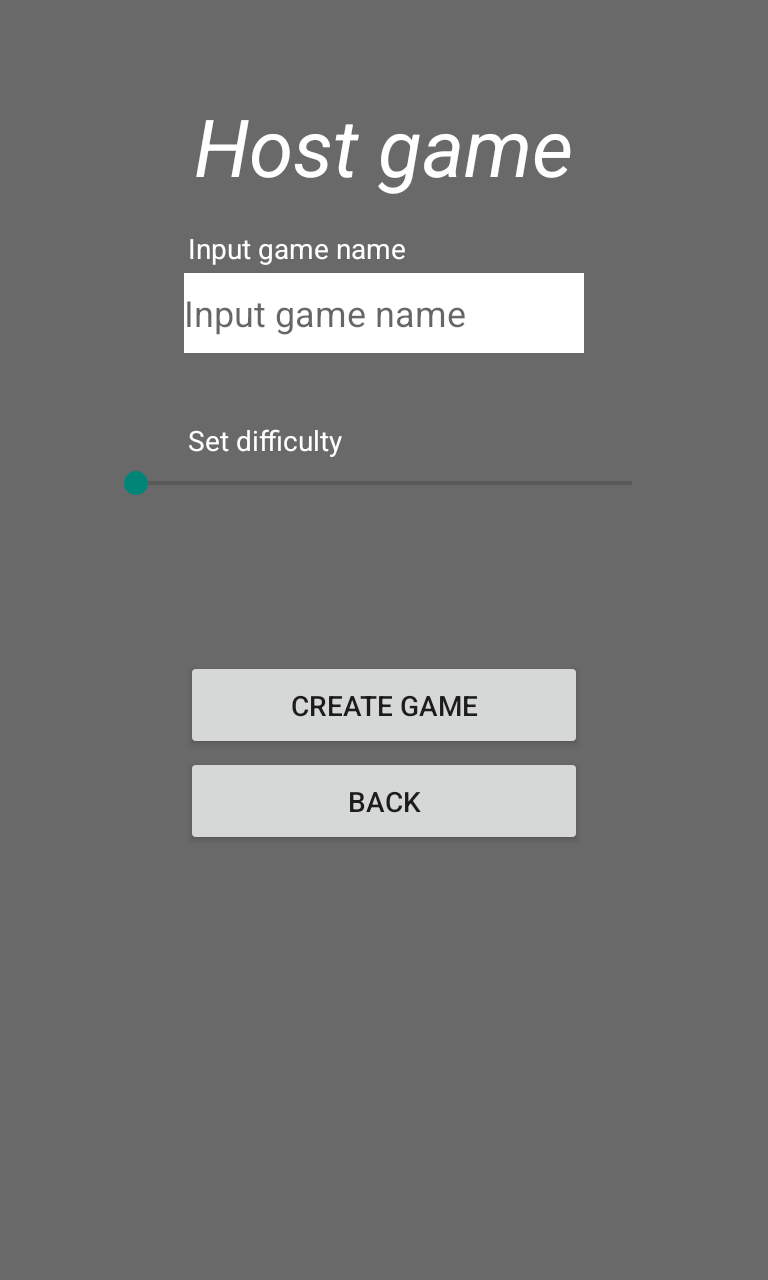
Repository: Hannanina/GuessTag
Layout: GuessTag/res/layout/activity_host.xml
These files come from the project's save history. The layout is drawn as it stood at one moment and after the next save; the edit follows.
It is drawn on a 768 x 1280 px phone screen (xhdpi) without system bars, with theme AppTheme; the app's code is not run.

Above is the layout before, as saved 2014-12-08 10:45:02.

### GuessTag/res/layout/activity_host.xml
<LinearLayout xmlns:android="http://schemas.android.com/apk/res/android"
    xmlns:tools="http://schemas.android.com/tools"
    android:layout_width="match_parent"
    android:layout_height="match_parent"
    android:paddingBottom="@dimen/activity_vertical_margin"
    android:paddingLeft="@dimen/activity_horizontal_margin"
    android:paddingRight="@dimen/activity_horizontal_margin"
    android:paddingTop="@dimen/activity_vertical_margin"
    android:orientation="vertical"
    android:background="@color/DimGray"
    tools:context="com.example.guesstag.HostActivity" >

    <TextView
        android:id="@+id/host_heading"
        android:layout_marginTop="30dp"
        android:layout_marginBottom="15dp"
        android:layout_width="wrap_content"
	    android:layout_height="wrap_content"
	    android:layout_gravity="center"
	    android:text="@string/host_heading"
	    android:textStyle="italic"
	    android:textSize="40sp"
	    android:textColor="@color/White">
    </TextView>

    <LinearLayout
        android:id="@+id/input_container"
        android:orientation="vertical"
        android:layout_width="200dp"
        android:layout_height="96dp"
        android:layout_gravity="center" >
   		<TextView
        	android:id="@+id/game_name_instruction"
        	android:layout_width="wrap_content"
	    	android:layout_height="wrap_content"
	    	android:layout_marginLeft="2dp"
	    	android:layout_marginBottom="3dp"
	    	android:text="@string/game_name_instruction"
	    	android:textColor="@color/White">
    	</TextView>

    	<EditText
        	android:id="@+id/input_game_name"
        	android:layout_width="match_parent"
        	android:layout_height="40dp"
        	android:layout_gravity="center"
        	android:background="@color/White"
        	android:hint="@string/input_game_name" >

    	</EditText>
    </LinearLayout>
    <LinearLayout
        android:id="@+id/difficulty_container"
        android:orientation="vertical"
        android:layout_width="200dp"
        android:layout_height="wrap_content"
        android:layout_gravity="center" >

        <TextView
        	android:id="@+id/difficulty_setting_instruction"
        	android:layout_width="wrap_content"
	    	android:layout_height="wrap_content"
	    	android:layout_marginLeft="2dp"
	    	android:layout_marginBottom="3dp"
	    	android:text="@string/difficulty_setting_instruction"
	    	android:textColor="@color/White">
    	</TextView>

    </LinearLayout>
    <LinearLayout
        android:id="@+id/bar_container"
        android:orientation="vertical"
        android:layout_width="280dp"
        android:layout_height="96dp"
        android:layout_gravity="center" >

        <SeekBar
            android:layout_width="match_parent"
            android:layout_height="wrap_content"
            android:max="3" >
        </SeekBar>
    </LinearLayout>

    <Button
	    android:id="@+id/button_create"
	    android:layout_width="200dp"
	    android:layout_height="48dp"
	    android:layout_gravity="bottom|center"
	    android:text="@string/button_create"
	    android:onClick="onClickCreate" >
	</Button>

    <Button
	    android:id="@+id/button_back"
	    android:layout_width="200dp"
	    android:layout_height="48dp"
	    android:layout_gravity="bottom|center"
	    android:text="@string/button_back"
	    android:onClick="onClickBack" >
	</Button>

</LinearLayout>

### GuessTag/res/values/colors.xml
<?xml version="1.0" encoding="utf-8"?>
<resources>
 <color name="white">#FFFFFF</color>
 <color name="yellow">#FFFF00</color>
 <color name="fuchsia">#FF00FF</color>
 <color name="red">#FF0000</color>
 <color name="silver">#C0C0C0</color>
 <color name="gray">#808080</color>
 <color name="olive">#808000</color>
 <color name="purple">#800080</color>
 <color name="maroon">#800000</color>
 <color name="aqua">#00FFFF</color>
 <color name="lime">#00FF00</color>
 <color name="teal">#008080</color>
 <color name="green">#008000</color>
 <color name="blue">#0000FF</color>
 <color name="navy">#000080</color>
 <color name="black">#000000</color>


 <color name="White">#FFFFFF</color>
 <color name="Ivory">#FFFFF0</color>
 <color name="LightYellow">#FFFFE0</color>
 <color name="Yellow">#FFFF00</color>
 <color name="Snow">#FFFAFA</color>
 <color name="FloralWhite">#FFFAF0</color>
 <color name="LemonChiffon">#FFFACD</color>
 <color name="Cornsilk">#FFF8DC</color>
 <color name="Seashell">#FFF5EE</color>
 <color name="LavenderBlush">#FFF0F5</color>
 <color name="PapayaWhip">#FFEFD5</color>
 <color name="BlanchedAlmond">#FFEBCD</color>
 <color name="MistyRose">#FFE4E1</color>
 <color name="Bisque">#FFE4C4</color>
 <color name="Moccasin">#FFE4B5</color>
 <color name="NavajoWhite">#FFDEAD</color>
 <color name="PeachPuff">#FFDAB9</color>
 <color name="Gold">#FFD700</color>
 <color name="Pink">#FFC0CB</color>
 <color name="LightPink">#FFB6C1</color>
 <color name="Orange">#FFA500</color>
 <color name="LightSalmon">#FFA07A</color>
 <color name="DarkOrange">#FF8C00</color>
 <color name="Coral">#FF7F50</color>
 <color name="HotPink">#FF69B4</color>
 <color name="Tomato">#FF6347</color>
 <color name="OrangeRed">#FF4500</color>
 <color name="DeepPink">#FF1493</color>
 <color name="Fuchsia">#FF00FF</color>
 <color name="Magenta">#FF00FF</color>
 <color name="Red">#FF0000</color>
 <color name="OldLace">#FDF5E6</color>
 <color name="LightGoldenrodYellow">#FAFAD2</color>
 <color name="Linen">#FAF0E6</color>
 <color name="AntiqueWhite">#FAEBD7</color>
 <color name="Salmon">#FA8072</color>
 <color name="GhostWhite">#F8F8FF</color>
 <color name="MintCream">#F5FFFA</color>
 <color name="WhiteSmoke">#F5F5F5</color>
 <color name="Beige">#F5F5DC</color>
 <color name="Wheat">#F5DEB3</color>
 <color name="SandyBrown">#F4A460</color>
 <color name="Azure">#F0FFFF</color>
 <color name="Honeydew">#F0FFF0</color>
 <color name="AliceBlue">#F0F8FF</color>
 <color name="Khaki">#F0E68C</color>
 <color name="LightCoral">#F08080</color>
 <color name="PaleGoldenrod">#EEE8AA</color>
 <color name="Violet">#EE82EE</color>
 <color name="DarkSalmon">#E9967A</color>
 <color name="Lavender">#E6E6FA</color>
 <color name="LightCyan">#E0FFFF</color>
 <color name="BurlyWood">#DEB887</color>
 <color name="Plum">#DDA0DD</color>
 <color name="Gainsboro">#DCDCDC</color>
 <color name="Crimson">#DC143C</color>
 <color name="PaleVioletRed">#DB7093</color>
 <color name="Goldenrod">#DAA520</color>
 <color name="Orchid">#DA70D6</color>
 <color name="Thistle">#D8BFD8</color>
 <color name="LightGrey">#D3D3D3</color>
 <color name="Tan">#D2B48C</color>
 <color name="Chocolate">#D2691E</color>
 <color name="Peru">#CD853F</color>
 <color name="IndianRed">#CD5C5C</color>
 <color name="MediumVioletRed">#C71585</color>
 <color name="Silver">#C0C0C0</color>
 <color name="DarkKhaki">#BDB76B</color>
 <color name="RosyBrown">#BC8F8F</color>
 <color name="MediumOrchid">#BA55D3</color>
 <color name="DarkGoldenrod">#B8860B</color>
 <color name="FireBrick">#B22222</color>
 <color name="PowderBlue">#B0E0E6</color>
 <color name="LightSteelBlue">#B0C4DE</color>
 <color name="PaleTurquoise">#AFEEEE</color>
 <color name="GreenYellow">#ADFF2F</color>
 <color name="LightBlue">#ADD8E6</color>
 <color name="DarkGray">#A9A9A9</color>
 <color name="Brown">#A52A2A</color>
 <color name="Sienna">#A0522D</color>
 <color name="YellowGreen">#9ACD32</color>
 <color name="DarkOrchid">#9932CC</color>
 <color name="PaleGreen">#98FB98</color>
 <color name="DarkViolet">#9400D3</color>
 <color name="MediumPurple">#9370DB</color>
 <color name="LightGreen">#90EE90</color>
 <color name="DarkSeaGreen">#8FBC8F</color>
 <color name="SaddleBrown">#8B4513</color>
 <color name="DarkMagenta">#8B008B</color>
 <color name="DarkRed">#8B0000</color>
 <color name="BlueViolet">#8A2BE2</color>
 <color name="LightSkyBlue">#87CEFA</color>
 <color name="SkyBlue">#87CEEB</color>
 <color name="Gray">#808080</color>
 <color name="Olive">#808000</color>
 <color name="Purple">#800080</color>
 <color name="Maroon">#800000</color>
 <color name="Aquamarine">#7FFFD4</color>
 <color name="Chartreuse">#7FFF00</color>
 <color name="LawnGreen">#7CFC00</color>
 <color name="MediumSlateBlue">#7B68EE</color>
 <color name="LightSlateGray">#778899</color>
 <color name="SlateGray">#708090</color>
 <color name="OliveDrab">#6B8E23</color>
 <color name="SlateBlue">#6A5ACD</color>
 <color name="DimGray">#696969</color>
 <color name="MediumAquamarine">#66CDAA</color>
 <color name="CornflowerBlue">#6495ED</color>
 <color name="CadetBlue">#5F9EA0</color>
 <color name="DarkOliveGreen">#556B2F</color>
 <color name="Indigo">#4B0082</color>
 <color name="MediumTurquoise">#48D1CC</color>
 <color name="DarkSlateBlue">#483D8B</color>
 <color name="SteelBlue">#4682B4</color>
 <color name="RoyalBlue">#4169E1</color>
 <color name="Turquoise">#40E0D0</color>
 <color name="MediumSeaGreen">#3CB371</color>
 <color name="LimeGreen">#32CD32</color>
 <color name="DarkSlateGray">#2F4F4F</color>
 <color name="SeaGreen">#2E8B57</color>
 <color name="ForestGreen">#228B22</color>
 <color name="LightSeaGreen">#20B2AA</color>
 <color name="DodgerBlue">#1E90FF</color>
 <color name="MidnightBlue">#191970</color>
 <color name="Aqua">#00FFFF</color>
 <color name="Cyan">#00FFFF</color>
 <color name="SpringGreen">#00FF7F</color>
 <color name="Lime">#00FF00</color>
 <color name="MediumSpringGreen">#00FA9A</color>
 <color name="DarkTurquoise">#00CED1</color>
 <color name="DeepSkyBlue">#00BFFF</color>
 <color name="DarkCyan">#008B8B</color>
 <color name="Teal">#008080</color>
 <color name="Green">#008000</color>
 <color name="DarkGreen">#006400</color>
 <color name="Blue">#0000FF</color>
 <color name="MediumBlue">#0000CD</color>
 <color name="DarkBlue">#00008B</color>
 <color name="Navy">#000080</color>
 <color name="Black">#000000</color>
</resources>

### GuessTag/res/values/strings.xml
<?xml version="1.0" encoding="utf-8"?>
<resources>

    <string name="app_name">guess#</string>
    <string name="hello_world">Hello world!</string>
    <string name="action_settings">Settings</string>

    <!-- BACK BUTTON -->
    <string name="button_back">Back</string>

    <!-- START ACTIVITY -->
    <string name="start_heading">guess#</string>
    <string name="button_start">Start new game</string>
    <string name="button_highscore">Highscore</string>
    <string name="button_rules">Rules</string>
    <string name="title_activity_rules">RulesActivity</string>

    <!-- RULES ACTIVITY -->
    <string name="rules_heading">Rules</string>
    <string name="rules_text">Lorem ipsum dolor sit amet, consectetuer adipiscing elit, sed diam nonummy nibh euismod tincidunt ut laoreet dolore magna aliquam erat volutpat. Ut wisi enim ad minim veniam, quis nostrud exerci tation ullamcorper suscipit lobortis nisl ut aliquip ex ea commodo consequat. Duis autem vel eum iriure dolor in hendrerit in vulputate velit esse molestie consequat, vel illum dolore eu feugiat nulla facilisis at vero eros et accumsan et iusto odio dignissim qui blandit praesent luptatum zzril delenit augue duis dolore te feugait nulla facilisi. Nam liber tempor cum soluta nobis eleifend option congue nihil imperdiet doming id quod mazim placerat facer possim assum. Typi non habent claritatem insitam; est usus legentis in iis qui facit eorum claritatem. Investigationes demonstraverunt lectores legere me lius quod ii legunt saepius. Claritas est etiam processus dynamicus, qui sequitur mutationem consuetudium lectorum. Mirum est notare quam littera gothica, quam nunc putamus parum claram, anteposuerit litterarum formas humanitatis per seacula quarta decima et quinta decima. Eodem modo typi, qui nunc nobis videntur parum clari, fiant sollemnes in futurum.</string>

    <!-- NEW ACTIVITY -->
    <string name="new_heading">Start new game</string>
    <string name="button_host">Host game</string>
    <string name="button_join">Join game</string>

    <!-- HOST ACTIVITY -->
    <string name="host_heading">Host game</string>
    <string name="game_name_instruction">Input game name</string>
    <string name="difficulty_setting_instruction">Set difficulty</string>
    <string name="input_game_name">Input game name</string>
    <string name="button_create">Create game</string>

    <!-- INPUT TAG ACTIVITY -->
    <string name="title_activity_input_tag">InputTagActivity</string>
    <string name="title_activity_select_tagger">SelectTaggerActivity</string>

    <!-- TIMER ACTIVITY -->
    <string name="title_activity_timer">TimerActivity</string>
    <string name="title_activity_host">HostActivity</string>

</resources>

Loaded but not shown: GuessTag/res/values/styles.xml (common file); GuessTag/res/values-v11/styles.xml (common file); GuessTag/res/values-v14/styles.xml (common file); GuessTag/res/values/dimens.xml (common file); GuessTag/res/values-w820dp/dimens.xml (common file)

After the next save:
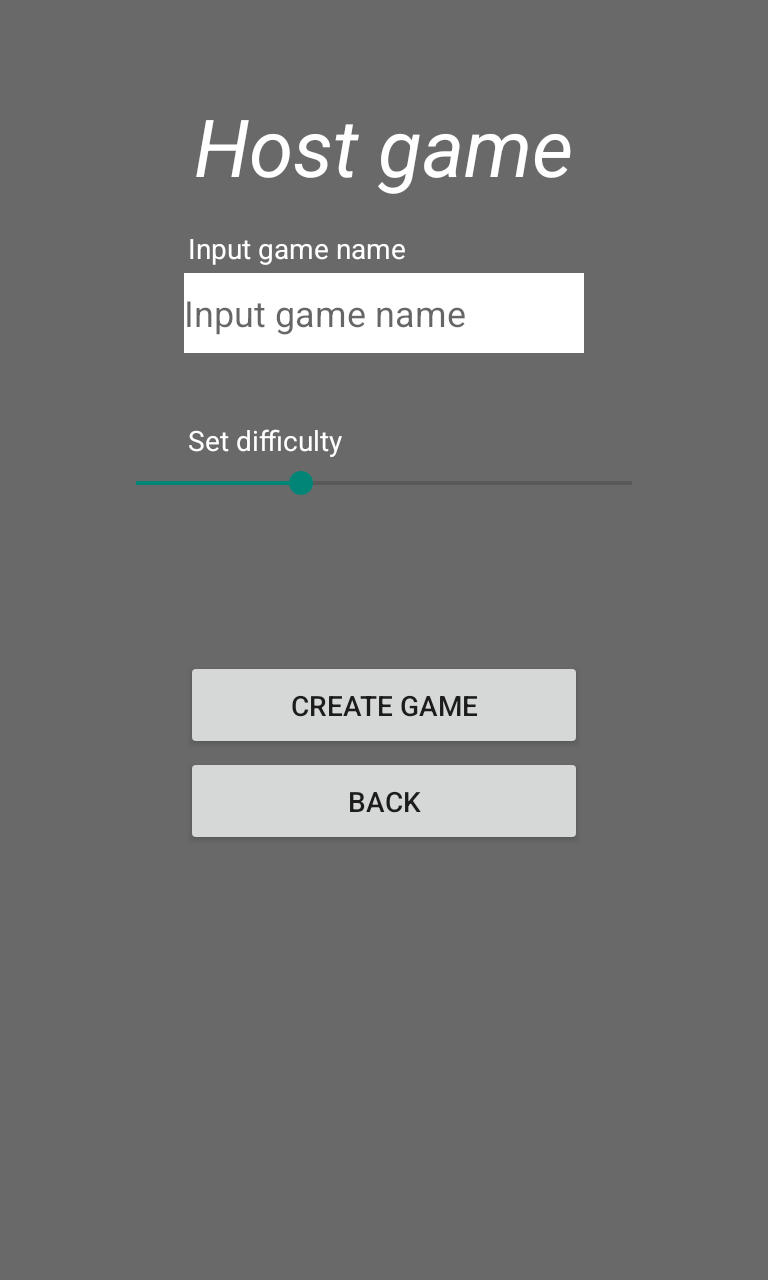
Saved 2 min 38 s later.
--- a/GuessTag/res/layout/activity_host.xml
+++ b/GuessTag/res/layout/activity_host.xml
@@ -77,7 +77,8 @@
         <SeekBar
             android:layout_width="match_parent"
             android:layout_height="wrap_content"
-            android:max="3" >
+            android:max="3"
+            android:progress="1" >
         </SeekBar>
     </LinearLayout>
 

After the save that followed:
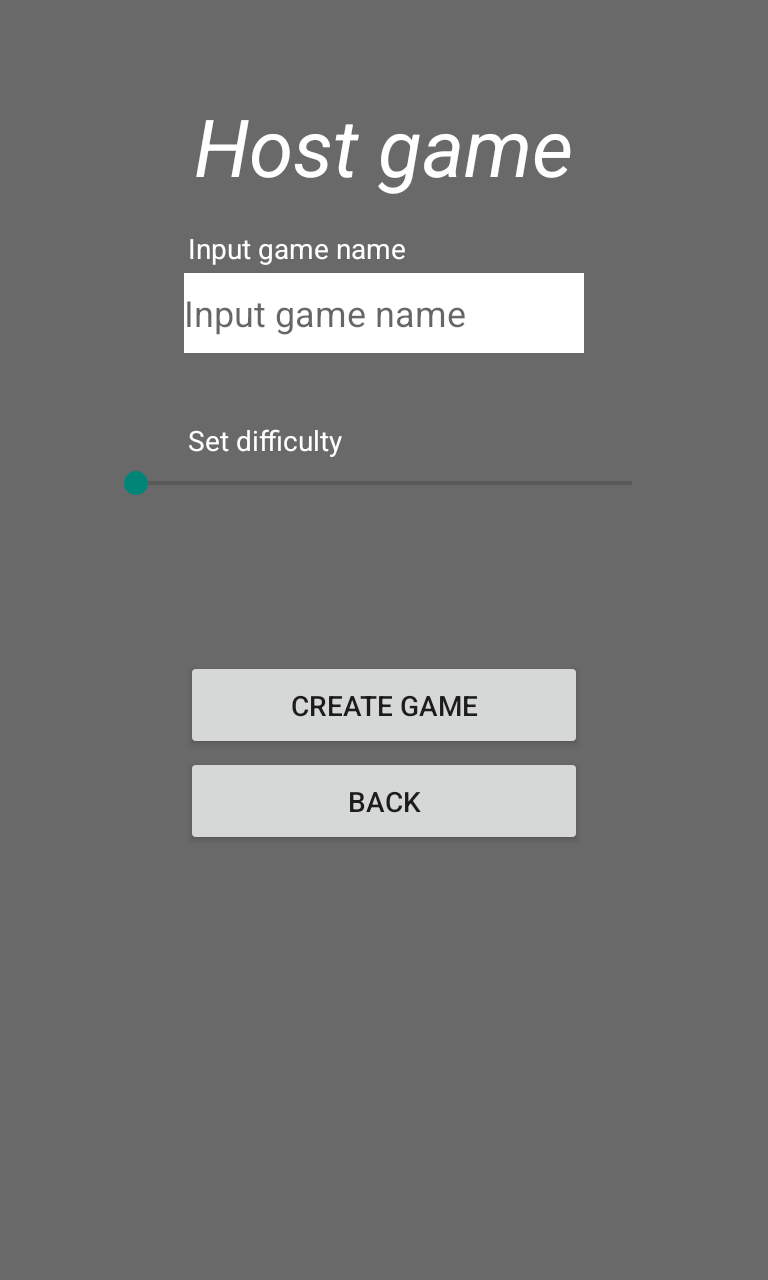
Saved 8 s later.
--- a/GuessTag/res/layout/activity_host.xml
+++ b/GuessTag/res/layout/activity_host.xml
@@ -78,7 +78,7 @@
             android:layout_width="match_parent"
             android:layout_height="wrap_content"
             android:max="3"
-            android:progress="1" >
+            android:progress="" >
         </SeekBar>
     </LinearLayout>
 
